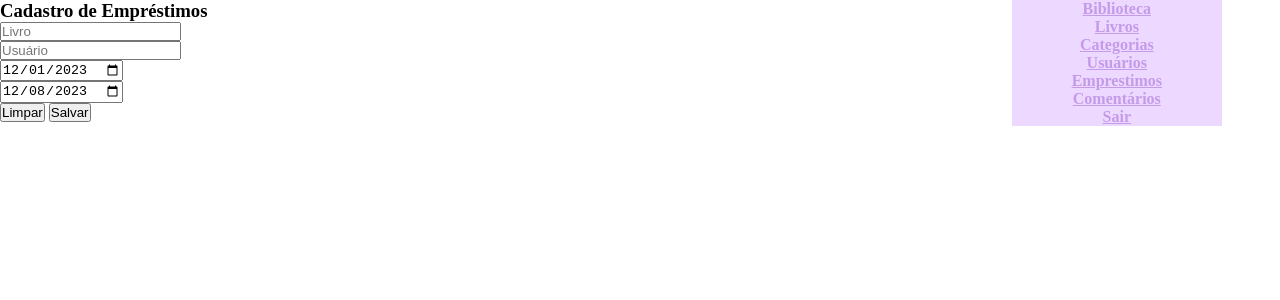
Repository: Matheus-Ghizoni/Rainbow-Library
Page: arcoiris/src/main/webapp/pages/admin/loan.html
The author's editor kept a copy of each file at every save. The page is drawn from the files as they stood at one save, then again after the next save.
The browser window is 1280 px wide. The pictures show the whole page.
The page's requests for data from a server got no answer.

Above is the page before, as saved 2023-12-06 17:04:55.
Console error: ReferenceError: jQuery is not defined

After the next save:
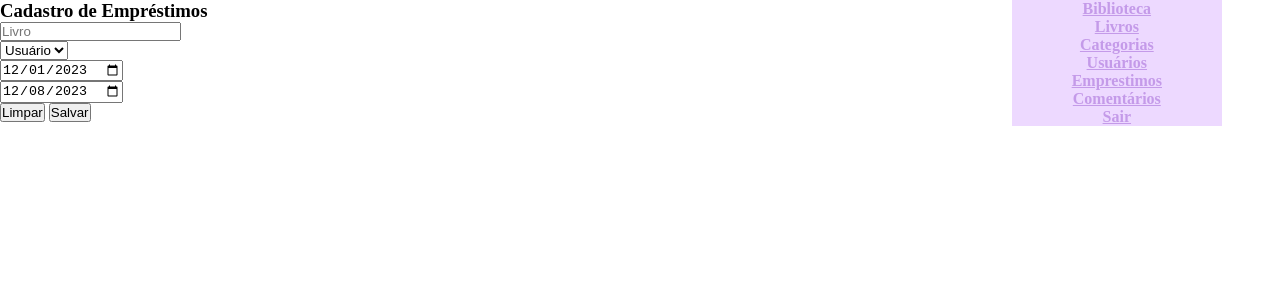
Saved 13 min 14 s later.
--- a/arcoiris/src/main/webapp/pages/admin/loan.html
+++ b/arcoiris/src/main/webapp/pages/admin/loan.html
@@ -33,7 +33,9 @@
 	<h3>Cadastro de Empréstimos</h3>
 	<form class="frmloan">
 		<input type="text" placeholder="Livro" id="inputBookLoan"><br>
-		<input type="text" placeholder="Usuário" id="inputUserLoan"><br>
+		<select name="type" id="selectUsers" onload="getAllUsers()">
+			<option value="">Usuário</option>
+		</select><br>
 		<input type="date" placeholder="Data de empréstimo" id="inputStartDateLoan"><br>
 		<input type="date" placeholder="Prazo de Devolução" id="inputDeadlineDateLoan"><br>
 		<button type="reset">Limpar</button>
